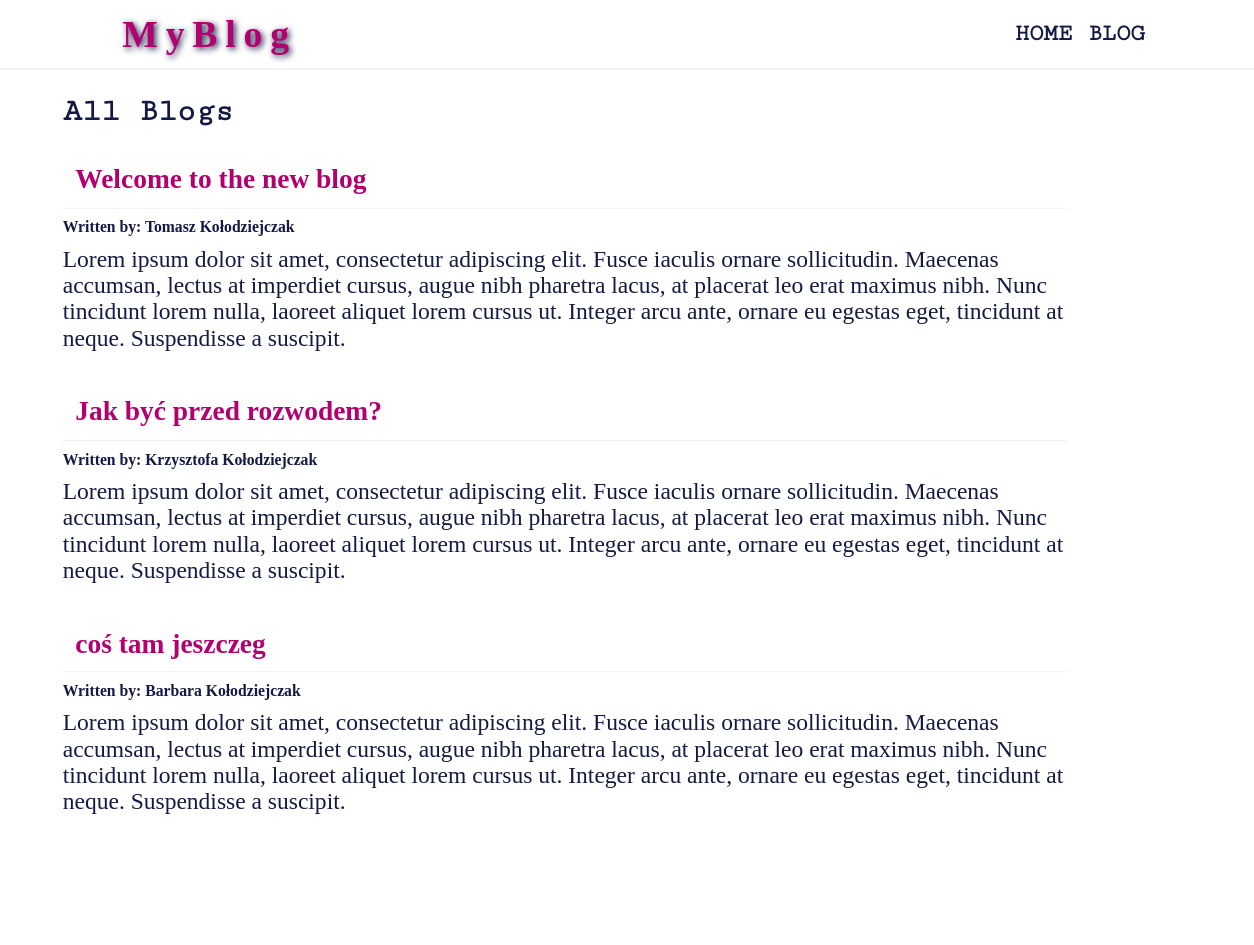
Repository: KrzysKolo/myBlog
Page: /
The author's editor kept a copy of each file at every save. The page is drawn from the files as they stood at one save, then again after the next save.
The browser window is 1280 px wide. The pictures show the whole page, at 98% of full size.
Some web fonts or font styles are not loaded; a fallback is used. The project was rebuilt for these pictures with package versions that can differ from the ones it lists, and the page was loaded fresh each time. Requests to the local data server were answered from the project's data file. Also part of the build but not shown: src/pages/Blog/Blog.css, src/pages/Blog/Blog.js, src/pages/BlogNote/BlogNote.css, src/pages/BlogNote/BlogNote.js.

Above is the page before, as saved 2021-04-27 11:03:19.

### src/App.js
import React from 'react';
import { BrowserRouter as Router, Switch, Route } from 'react-router-dom';
import { Home, Blog, BlogNote } from './pages';
import { Header } from './components';

import './App.css';

const App = () => {
  return (
    <Router>
      <main className="App">
        <Header />
        <Switch>
          <Route path="/" exact component={Home} />
          <Route path="/blog" exact component={Blog} />
          <Route path="/note/:id" exact component={BlogNote} />
        </Switch>
      </main>
    </Router>
  )
}

export default App;

### src/pages/index.js
export { default as Home } from './Home/Home';
export { default as Blog } from './Blog/Blog';
export { default as BlogNote } from './BlogNote/BlogNote';

### src/components/index.js
export { default as Header } from './Header/Header';
export { default as Navigation } from './Navigation/Navigation';

### src/App.css
@import url("https://fonts.googleapis.com/css2?family=Barrio&family=Cutive+Mono&family=Meddon&family=Princess+Sofia&family=Snowburst+One&display=swap");
* {
  box-sizing: border-box;
  margin: 0;
  padding: 0;
}
.wrapper {
  width: 90vw;
  margin: 0 auto;
  display: flex;
  flex-direction: row;
  justify-content: space-between;
  align-items: center;
}

### src/pages/Home/Home.js
import React, {useState, useEffect} from 'react';
import BlogList from '../../components/BlogList/BlogList';
import './Home.css';

const Home = () => {
	const[blogs, setBlogs] = useState(null);
	const [isLoading, setIsLoading] = useState(true);

	const blog = 'http://localhost:4000/posts';

	useEffect(() => {
		fetch(blog)
		.then(res =>{
			return res.json()
		})
		.then(data => {
			console.log(data);
			setBlogs(data);
		})
	}, []);

	return (
      <main className="Home">
        <section className="wrapper">
     			{blogs && <BlogList blogs={blogs} title="All Blogs"  /> }
        </section>
      </main>
    )
}

export default Home

### src/components/Header/Header.js
import React from 'react';
import Navigation from '../Navigation/Navigation';
import './Header.css';

const Header = () => {
    return (
        <header >
          <section className="wrapper" >
            <Navigation />
          </section>
        </header>
    )
}

export default Header;

### src/components/Navigation/Navigation.js
import React from 'react';
import { Link } from 'react-router-dom';
import dataMenu from './dataMenu';

import './Navigation.css';

const Navigation = () => {
    const menu = dataMenu.map(item => <Link key={item.path} to={item.path} exact={item.exact ? item.exact : false} className="link">{item.name}</Link>)
    return (
        <nav>
        	<h1>MyBlog</h1>
          <ul>
            {menu}
          </ul>
        </nav>
    )
}

export default Navigation;

### src/components/BlogList/BlogList.js
import React from 'react';
import './BlogList.css';

const BlogList = ({ blogs, title}) => {
    const blogItem = blogs.map(blog => (
        <div className="blog-preview" key={blog.id}>
            <h3>{blog.title}</h3>
            <h4>Written by: {blog.author}</h4>
            <p>{blog.body}</p>

        </div>
    ));
    return (
        <div>
            <h2 className="blog-title">{title}</h2>
            {blogItem}
        </div>
    )
}

export default BlogList;

### src/pages/Home/Home.css
.Home {
  color: green;
}

### src/components/Header/Header.css
header {
  border-bottom: 1px solid #e5e5e5;
}

### src/components/Navigation/dataMenu.js
const dataMenu=[
    { name: 'Home', path: "/", exact: true },
    { name: 'Blog', path: "/blog"},
/*     { name: 'NoteBlog', path: "/contact"},
    { name: 'Posts', path: "/posts" }, */
];
export default dataMenu;

### src/components/Navigation/Navigation.css
/* font-family: 'Barrio', cursive;
font-family: 'Cutive Mono', monospace;
font-family: 'Meddon', cursive;
font-family: 'Princess Sofia', cursive;
font-family: 'Snowburst One', cursive; */

nav {
  display: flex;
  flex-direction: row;
  justify-content: space-between;
  align-items: center;
  width: 100%;
}

nav h1 {
  color: #b30070;
  font-family: "Princess Sofia", cursive;
  font-size: 2.4rem;
  letter-spacing: 8px;
  margin-left: 3rem;
  padding: 0.8rem;
  text-shadow: 2px 2px 7px #151a44;
}

nav ul {
  font-family: "Cutive Mono", monospace;
  font-size: 1.5rem;
  text-transform: uppercase;
  margin-right: 3rem;
}
.link {
  font-weight: 600;
  margin-left: 1rem;
  text-decoration: none;
  color: #151a44;
  transition: all 0.3s ease-in-out;
}
.link:hover {
  color: #b30070;
}

### src/components/BlogList/BlogList.css
.blog-preview {
  /* border: 2px solid red; */
  border-radius: 20px;
  width: 80vw;
  margin-bottom: 2rem;
  font-family: "Princess Sofia", cursive;
  color: #151a44;
}
.blog-preview h3 {
  font-size: 1.75rem;
  color: #b30070;
  padding: 0.8rem;
  border-bottom: 1px solid #efefef;
}
.blog-preview h4 {
  font-family: "Times New Roman", Times, serif;
  padding: 10px 0;
}
.blog-preview p {
  font-size: 1.5rem;
}
.blog-title {
  margin: 1.5rem auto;
  font-size: 2rem;
  color: #151a44;
  font-family: "Cutive Mono", monospace;
}

### db.json
{
  "posts": [
    {
      "id": 1,
      "title": "Welcome to the new blog",
      "body": "Lorem ipsum dolor sit amet, consectetur adipiscing elit. Fusce iaculis ornare sollicitudin. Maecenas accumsan, lectus at imperdiet cursus, augue nibh pharetra lacus, at placerat leo erat maximus nibh. Nunc tincidunt lorem nulla, laoreet aliquet lorem cursus ut. Integer arcu ante, ornare eu egestas eget, tincidunt at neque. Suspendisse a suscipit.",
      "author": "Tomasz Kołodziejczak",
      "likes": 30
    },
    {
      "id": 2,
      "title": "Jak być przed rozwodem?",
      "body": "Lorem ipsum dolor sit amet, consectetur adipiscing elit. Fusce iaculis ornare sollicitudin. Maecenas accumsan, lectus at imperdiet cursus, augue nibh pharetra lacus, at placerat leo erat maximus nibh. Nunc tincidunt lorem nulla, laoreet aliquet lorem cursus ut. Integer arcu ante, ornare eu egestas eget, tincidunt at neque. Suspendisse a suscipit.",
      "author": "Krzysztofa Kołodziejczak",
      "likes": 30
    },
    {
      "id": 3,
      "title": "coś tam jeszczeg",
      "body": "Lorem ipsum dolor sit amet, consectetur adipiscing elit. Fusce iaculis ornare sollicitudin. Maecenas accumsan, lectus at imperdiet cursus, augue nibh pharetra lacus, at placerat leo erat maximus nibh. Nunc tincidunt lorem nulla, laoreet aliquet lorem cursus ut. Integer arcu ante, ornare eu egestas eget, tincidunt at neque. Suspendisse a suscipit.",
      "author": "Barbara Kołodziejczak",
      "likes": 5
    }
  ]
}

Loaded but not shown: public/index.html (common file); src/index.js (common file)

After the next save:
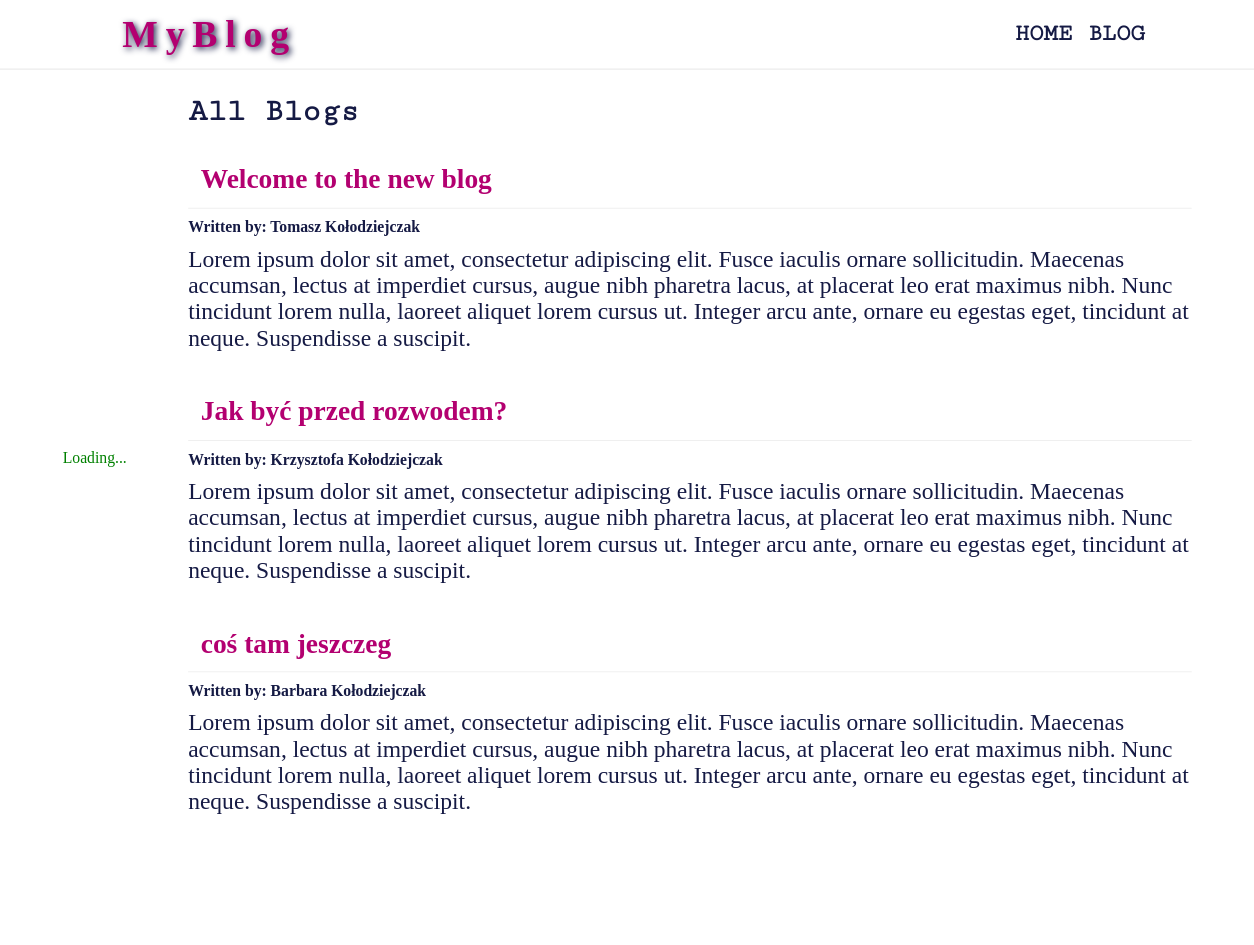
Saved 27 s later.
--- a/src/pages/Home/Home.js
+++ b/src/pages/Home/Home.js
@@ -22,6 +22,7 @@ const Home = () => {
 	return (
       <main className="Home">
         <section className="wrapper">
+					{isLoading && <div>Loading...</div>}
      			{blogs && <BlogList blogs={blogs} title="All Blogs"  /> }
         </section>
       </main>
